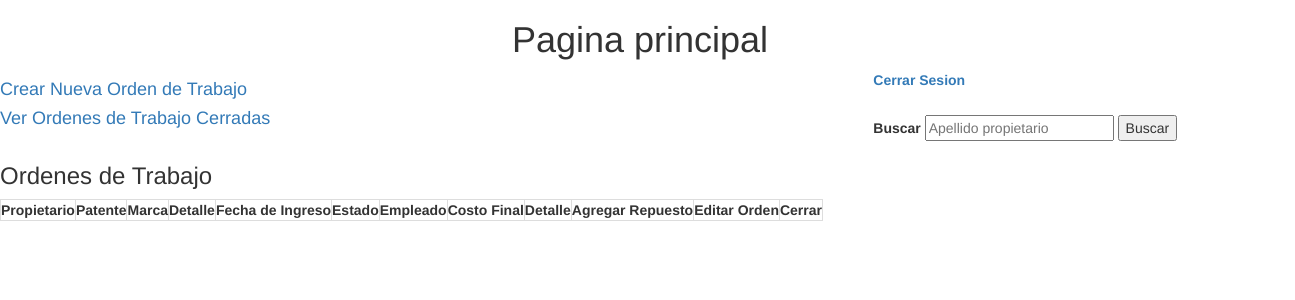
Repository: carobamarillo/javaBasico
Page: http://localhost/paginaPrincipal
An editor plug-in stored every save of this project. The page is shown before and after the next save, followed by the edit.
The browser window is 1280 px wide. The page is 1295 px wide, so the pictures cover 1295 px, including what lies to the right of the window. The pictures show the whole page.
The page is this project's Thymeleaf template; nobody is signed in. The template is opened directly, without the code that normally fills it, so the values that code supplies are empty.

Above is the page before, as saved 2018-02-14 12:50:24.
Console error (its wording comes from the project's code and is left out).

### demoCaro/src/main/resources/templates/paginaPrincipal.html
<!DOCTYPE html>
<html xmlsn:th = "http://www.thymeleaf.org">
  <head>
    <title>Sistema Mecanico</title>
    <link rel="stylesheet" href="https://maxcdn.bootstrapcdn.com/bootstrap/3.3.7/css/bootstrap.min.css" />
  </head>
  <body>
    <h1 align = "center">Pagina principal</h1>
    <div class = "row">
    	<div class = "col-md-8">
    		<h4><a th:href = "@{formularioOrden}">Crear Nueva Orden de Trabajo</a></h4>
    		<h4><a th:href = "@{verOrdenesCerradas}">Ver Ordenes de Trabajo Cerradas</a></h4>
    	</div>
    	<div class = "col-md-4">
    		<form action = "filtrarOrdenes" method = "post">
    			<label><a th:href = "@{cerrarSesion}">Cerrar Sesion</a></label>
    			<br></br>
    			<label>Buscar</label>
    			<input type = "text" th:field = "${propietarioBusqueda.apellido}" placeholder = "Apellido propietario"/>
    			<input type = "submit" value = "Buscar"/>
    		</form>
    	</div>
    </div>
    <h3>Ordenes de Trabajo</h3>
    <table class = "table-bordered" margin = "5px">
		<tr>
			<th>Propietario</th>
			<th>Patente</th>
			<th>Marca</th>
			<th>Detalle</th>
			<th>Fecha de Ingreso</th>
			<th>Estado</th>
			<th>Empleado</th>
			<th>Costo Final</th>
			<th>Detalle</th>
			<th>Agregar Repuesto</th>
			<th>Editar Orden</th>
			<th>Cerrar</th>
		</tr>
		<tr th:each = "orden : ${ordenesDeTrabajo}">
			<td th:text = "${orden.getPropietario().getNombre()} + ' ' +
					${orden.getPropietario().getApellido()}"></td>
			<td th:text = "${orden.getNroDePatente()}"></td>
			<td th:text = "${orden.getMarca()}"></td>
			<td th:text = "${orden.getDetalle()}"></td>
			<td th:text = "${orden.getFecha()}"></td>
			<td th:text = "${orden.getEstado()}"></td>
			<td th:text = "${orden.getEmpleado().getNombre()} + ' ' + ${orden.getEmpleado().getApellido()}" ></td>
			<td th:text = "${orden.getCostoFinal()}"></td>
			<td><a th:href = "@{detallarOrdenDeTrabajo
					(idOrdenDeTrabajo = ${orden.getIdOrdenDeTrabajo()})}">Ver</a></td>
			<td th:unless = "${orden.isCerrada()}"><a th:href = "@{agregarRepuesto
					(idOrdenDeTrabajo = ${orden.getIdOrdenDeTrabajo()})}">Nuevo</a></td>
			<td th:if = "${orden.isCerrada()}">-</td>
			<td th:unless = "${orden.isCerrada()}">
					<a th:href = "@{modificarOrden(idOrdenDeTrabajo = ${orden.getIdOrdenDeTrabajo()})}">Editar</a></td>
			<td th:if = "${orden.isCerrada()}">-</td>
			<td th:unless = "${orden.isCerrada()}">
					<a th:href = "@{cerrarOrden(idOrdenDeTrabajo = ${orden.getIdOrdenDeTrabajo()})}">Cerrar</a></td>
			<td th:if = "${orden.isCerrada()}">-</td>
		</tr>
    </table>
    <br></br>
    <script src="https://maxcdn.bootstrapcdn.com/bootstrap/3.3.7/js/bootstrap.min.js"></script>
  </body>
</html>

After the next save:
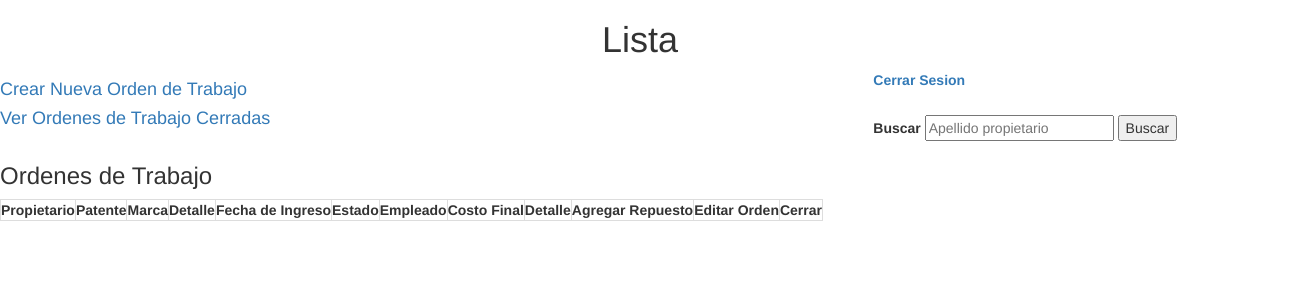
Saved 7 s later.
--- a/demoCaro/src/main/resources/templates/paginaPrincipal.html
+++ b/demoCaro/src/main/resources/templates/paginaPrincipal.html
@@ -5,7 +5,7 @@
     <link rel="stylesheet" href="https://maxcdn.bootstrapcdn.com/bootstrap/3.3.7/css/bootstrap.min.css" />
   </head>
   <body>
-    <h1 align = "center">Pagina principal</h1>
+    <h1 align = "center">Lista</h1>
     <div class = "row">
     	<div class = "col-md-8">
     		<h4><a th:href = "@{formularioOrden}">Crear Nueva Orden de Trabajo</a></h4>
